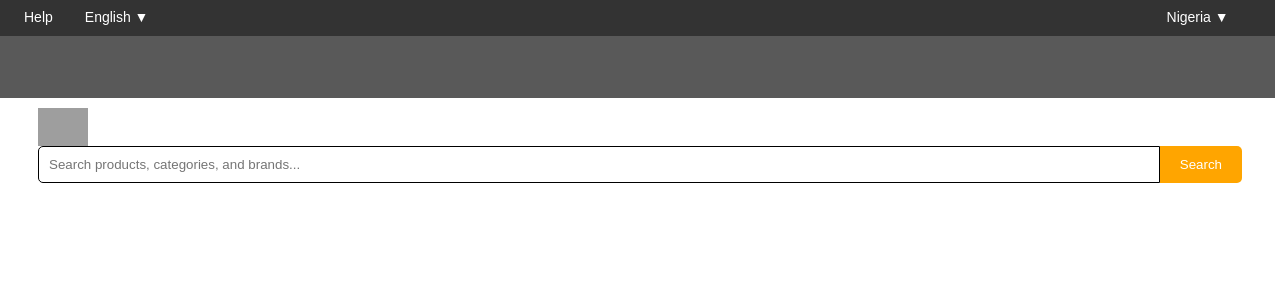
Repository: Femi007-gh/e-commerce
Page: index.html
An editor plug-in stored every save of this project. The page is shown before and after the next save, followed by the edit.
The browser window is 1280 px wide. The pictures show the whole page.
Pictures or frames that could not be fetched are drawn as grey boxes.

Above is the page before, as saved 2025-04-28 17:17:46.

After the next save:
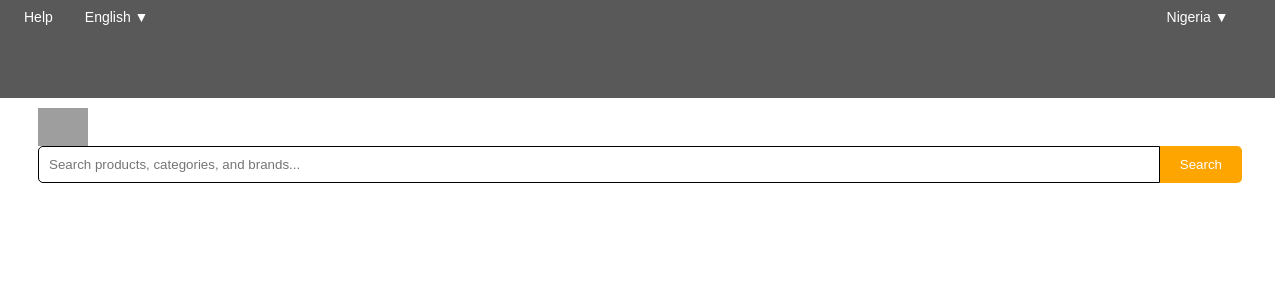
Saved 2 min 42 s later.
--- a/style.css
+++ b/style.css
@@ -9,7 +9,7 @@ body{
   margin-top: -10px;
 }
 .top-bar {
-  background-color: #333;
+  background-color:  #595959;
   color: white;
   padding: 10px 20px;
   display: flex;
